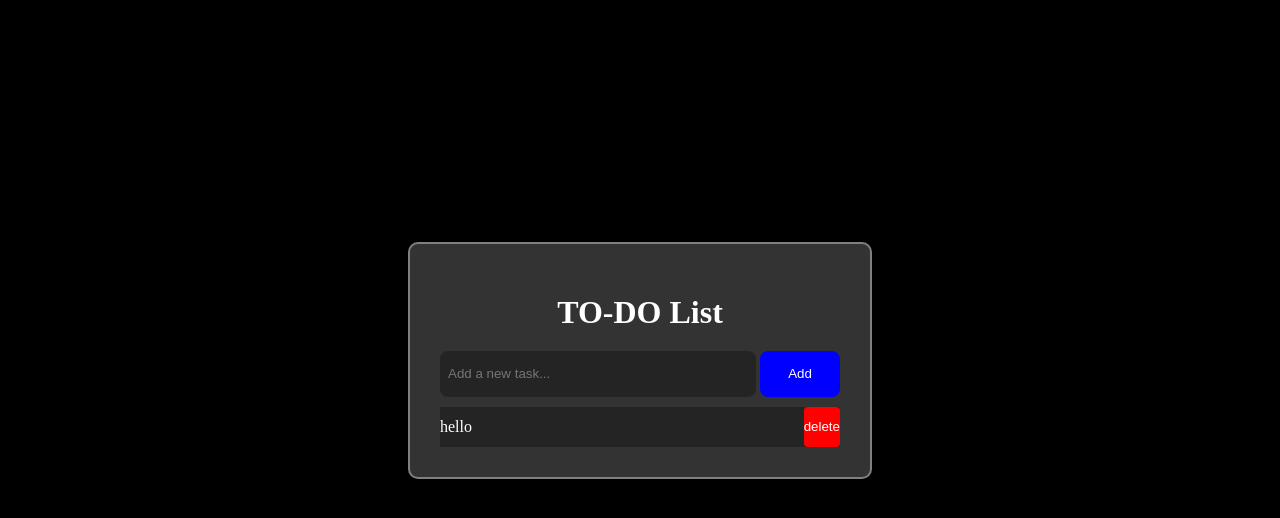
Repository: ksusmitha879-cyber/todo-list
Page: index.html
The author's editor kept a copy of each file at every save. The page is drawn from the files as they stood at one save, then again after the next save.
The browser window is 1280 px wide. The pictures show the whole page.

Above is the page before, as saved 2025-11-28 02:40:41.

After the next save:
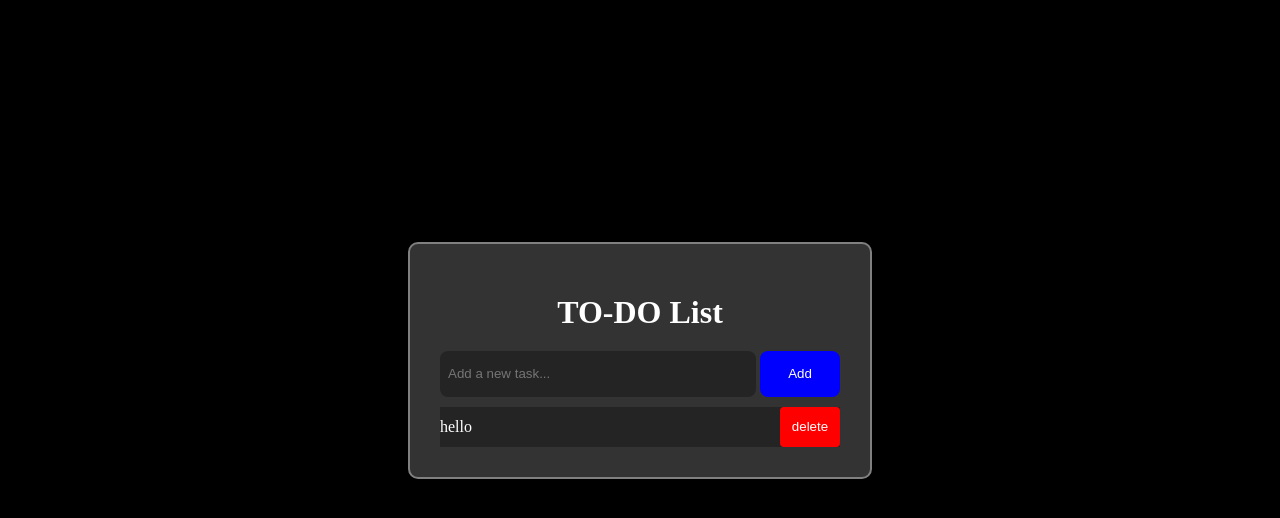
Saved 6 s later.
--- a/style.css
+++ b/style.css
@@ -71,5 +71,5 @@ li button{
     border-radius: 4px;
     border-style: none;
     height: 40px;
-    width: ;
+    width: 60px;
 }
